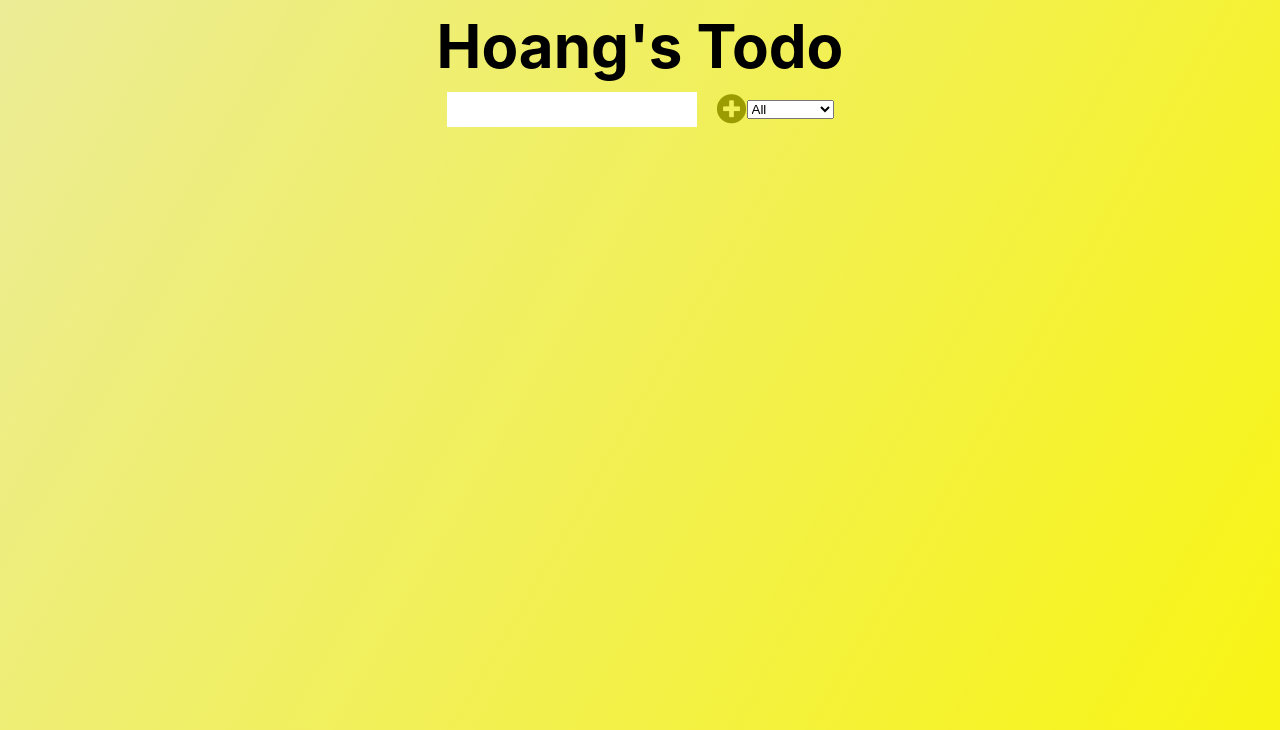
Repository: DinhHoang0607/TodoReact
Page: /
An editor plug-in stored every save of this project. The page is shown before and after the next save, followed by the edit.
The browser window is 1280 px wide. The pictures show the whole page.
Some web libraries are served in a nearby version. The project was rebuilt for these pictures with package versions that can differ from the ones it lists, and the page was loaded fresh each time.

Above is the page before, as saved 2021-09-09 20:44:49.

### public/index.html
<!DOCTYPE html>
<html lang="en">
  <head>
    <meta charset="utf-8" />
    <link rel="icon" href="%PUBLIC_URL%/favicon.ico" />
    <meta name="viewport" content="width=device-width, initial-scale=1" />
    <meta name="theme-color" content="#000000" />
    <meta
      name="description"
      content="Web site created using create-react-app"
    />
    <link rel="apple-touch-icon" href="%PUBLIC_URL%/logo192.png" />
    <!--
      manifest.json provides metadata used when your web app is installed on a
      user's mobile device or desktop. See https://developers.google.com/web/fundamentals/web-app-manifest/
    -->
    <link rel="stylesheet" href="https://pro.fontawesome.com/releases/v5.10.0/css/all.css" integrity="sha384-AYmEC3Yw5cVb3ZcuHtOA93w35dYTsvhLPVnYs9eStHfGJvOvKxVfELGroGkvsg+p" crossorigin="anonymous"/>
    <link rel="manifest" href="%PUBLIC_URL%/manifest.json" />
    <!--
      Notice the use of %PUBLIC_URL% in the tags above.
      It will be replaced with the URL of the `public` folder during the build.
      Only files inside the `public` folder can be referenced from the HTML.

      Unlike "/favicon.ico" or "favicon.ico", "%PUBLIC_URL%/favicon.ico" will
      work correctly both with client-side routing and a non-root public URL.
      Learn how to configure a non-root public URL by running `npm run build`.
    -->
    <title>React App</title>
  </head>
  <body>
    <noscript>You need to enable JavaScript to run this app.</noscript>
    <div id="root"></div>
    <!--
      This HTML file is a template.
      If you open it directly in the browser, you will see an empty page.

      You can add webfonts, meta tags, or analytics to this file.
      The build step will place the bundled scripts into the <body> tag.

      To begin the development, run `npm start` or `yarn start`.
      To create a production bundle, use `npm run build` or `yarn build`.
    -->
  </body>
</html>

### src/App.js
import "./App.css";
import React from "react";
import Form from "./components/Form";

function App() {
  return (
    <div className="App">
      <header>
        <h1>Hoang's Todo</h1>
      </header>
      <Form />
    </div>
  );
}

export default App;

### src/App.css
*,
*::before,
*::after {
  box-sizing: border-box;
  padding: 0;
  margin: 0;
}
html {
  font-size: 62.5%;
}
body {
  width: 100%;
  height: 100vh;
  background-image: linear-gradient(120deg, #ebec96 0%, #f8f414 100%);
}
header {
  font-size: 3rem;
  margin: 1rem auto;
}
header,
form {
  display: flex;
  justify-content: center;
  align-items: center;
}
.form__input {
  width: 25rem;
  height: 3.5rem;
  border: none;
  background: white;
}
.btn{
  cursor: pointer;
}
.form__btn {
  color: #9a9c01;
  padding-left: 2rem;
  /* width: 3.5rem;
  height: 3.5rem; */
  /* border-radius: 50%; */
  font-size: 3rem;
  border: none;
  background: none;
}

### src/components/Form.js
import React from "react";
const Form = () => {
  return (
    <form className="form">
      <input type="text" className="form__input" />
      <button className="form__btn btn" type="submit">
        <i class="fas fa-plus-circle"></i>
      </button>
      <div className="form__select">
        <select name="items" className="select__item">
          <option value="all" selected="selected">
            All
          </option>
          <option value="completed">Completed</option>
          <option value="inProcess">InProcess</option>
        </select>
      </div>
    </form>
  );
};

export default Form;

Loaded but not shown: src/index.js (common file); src/index.css (common file); src/reportWebVitals.js (common file)

After the next save:
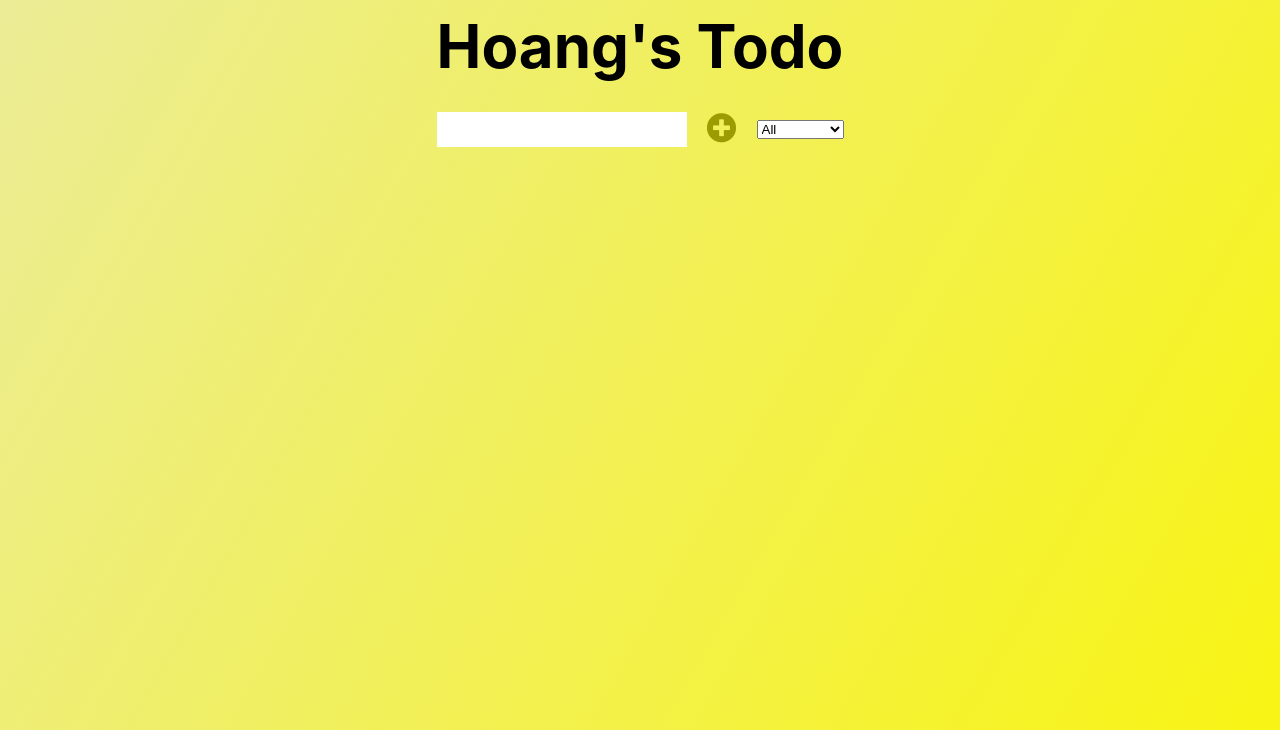
Saved 2 h 54 min later.
--- a/src/App.css
+++ b/src/App.css
@@ -34,7 +34,7 @@ form {
 }
 .form__btn {
   color: #9a9c01;
-  padding-left: 2rem;
+  padding: 2rem;
   /* width: 3.5rem;
   height: 3.5rem; */
   /* border-radius: 50%; */
